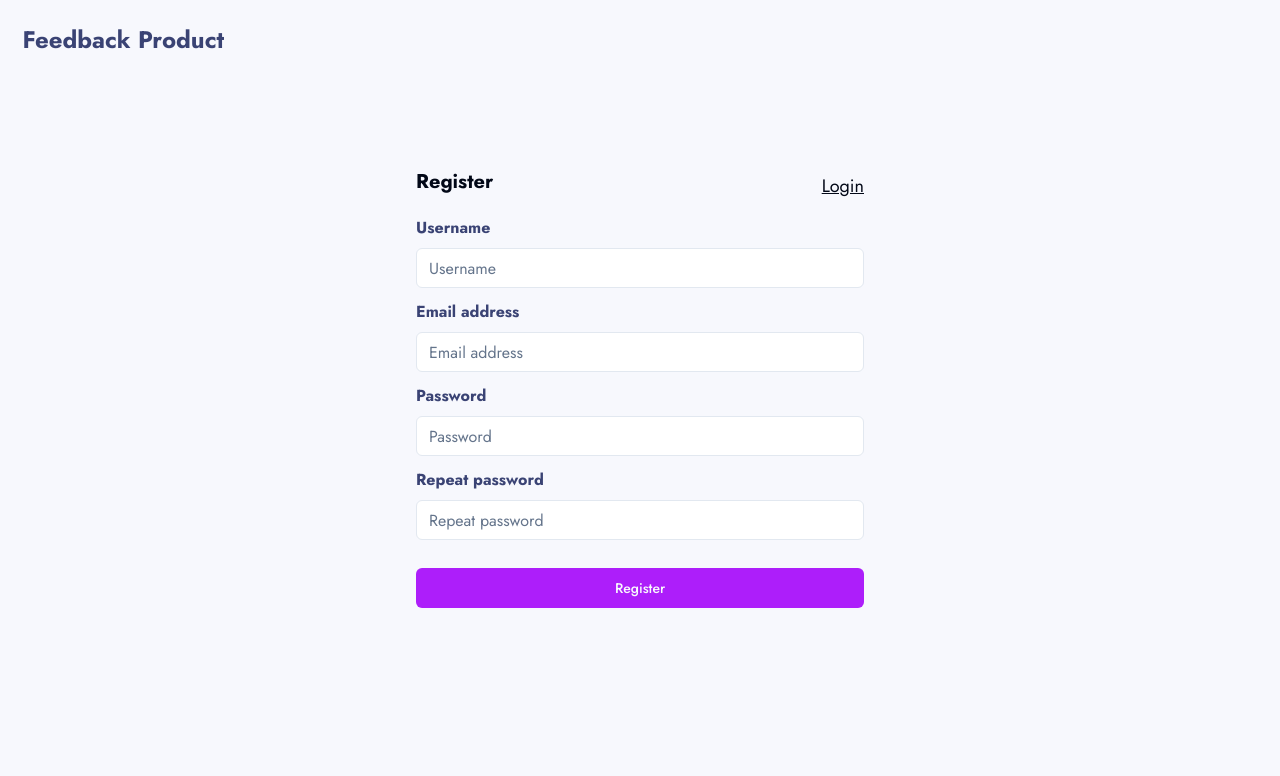
Repository: KornelJanczak/product-feedback-app
Page: /auth
An editor plug-in stored every save of this project. The page is shown before and after the next save, followed by the edit.
The browser window is 1280 px wide. The pictures show the whole page.
The page's requests for data from a server got no answer. The project was rebuilt for these pictures with package versions that can differ from the ones it lists, and the page was loaded fresh each time. The framework's server and built-in components were replaced by stand-ins that run in the browser. No one was signed in, and anything a server would have sent is missing. Also part of the build but not shown: next.config.js, next.config.mjs.

Above is the page before, as saved 2024-01-28 19:54:15.

After the next save:
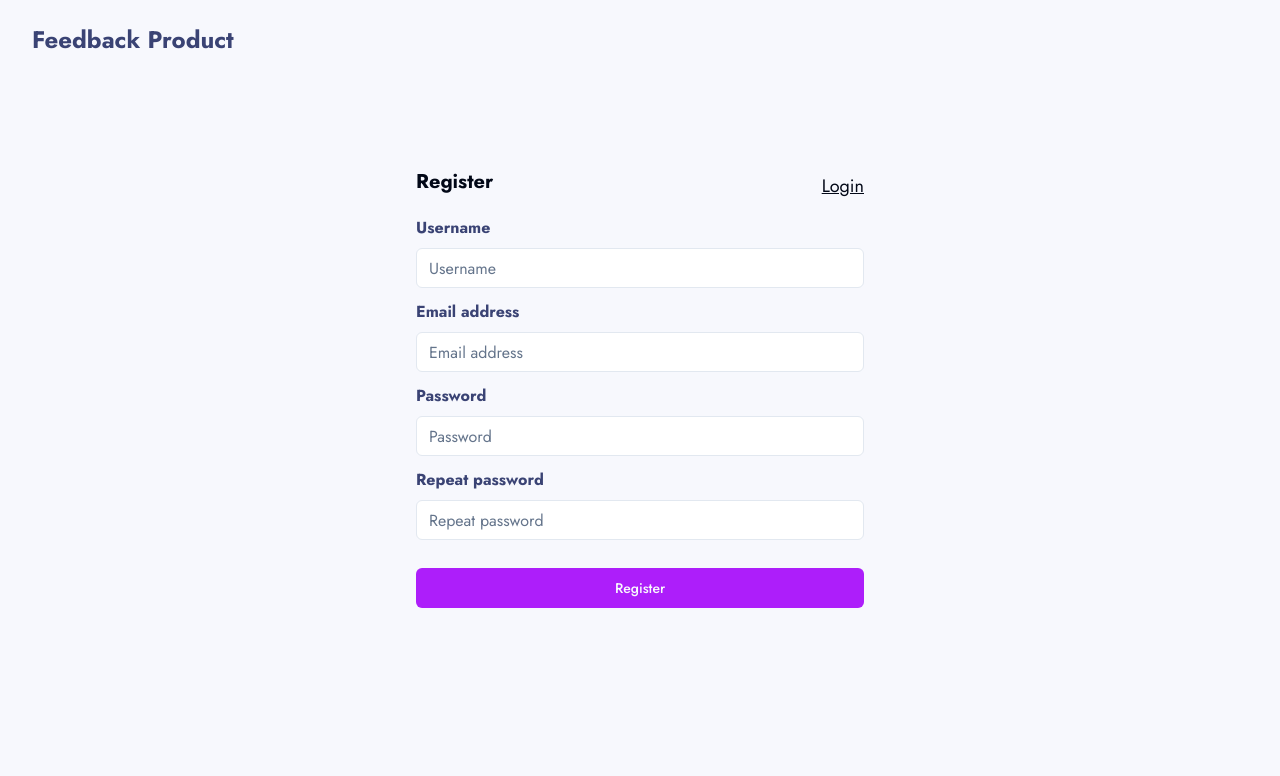
Saved 4 s later.
--- a/tailwind.config.ts
+++ b/tailwind.config.ts
@@ -13,7 +13,7 @@ const config = {
     container: {
       center: true,
       padding: {
-        DEFAULT: "1.4rem",
+        DEFAULT: "2rem",
         sm: "1rem",
         md: "2rem",
         lg: "4rem",
